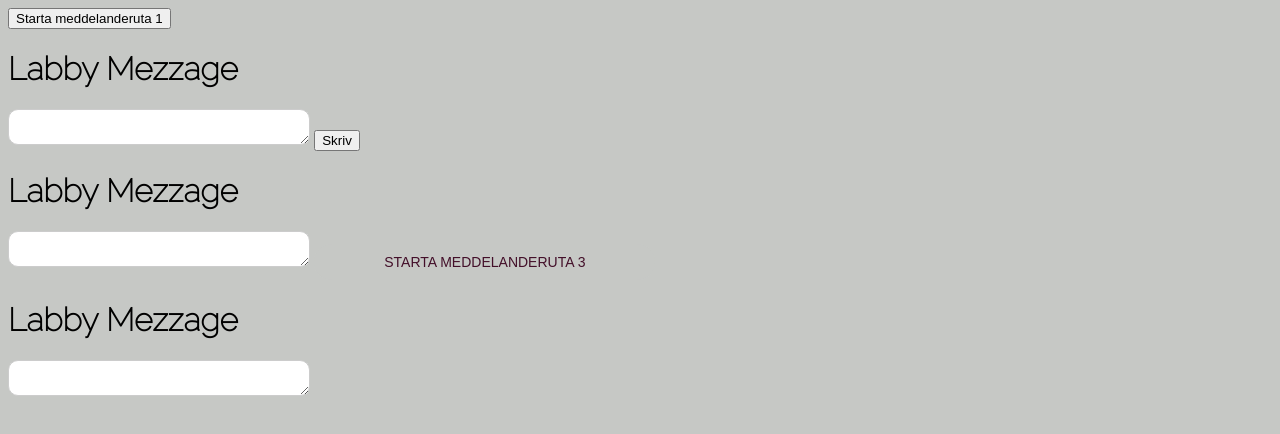
Repository: Angamanga/1dv403-laborationer
Page: 2-labbymezzage/index.html
The author's editor kept a record of every edit. The page is drawn from the files as they stood at one moment, then again after the next edit.
The browser window is 1280 px wide. The pictures show the whole page.
Some web fonts or font styles are not loaded; a fallback is used.

Above is the page before.

### 2-labbymezzage/index.html
<!doctype html>
<html lang="sv">

<head>
    <meta charset="utf-8" />
    <title>Labby mezzage</title>
    <link href='//fonts.googleapis.com/css?family=Londrina+Outline|Raleway:100' rel='stylesheet' type='text/css'>
    <link rel="stylesheet" media="screen and (min-width:501px)" href="css/style.css">
    <link rel="stylesheet" media="screen and (max-width:500px)" href="css/mobile.css">
    <meta name="viewport" content="width=device-width, minimum-scale=1">

    <script src="js/message.js"></script>
    <script src="js/script.js"></script>
    <title>Webbteknik 1, Laboration 2</title>
</head>

<body>



    <main>
                  <input id="start" type="submit" class="startBoard1" value="Starta meddelanderuta 1" />
            <div class="board1">
            <header>
                <h1>Labby Mezzage</h1>
            </header>
            <div class="container"></div>
            <p class="counter"></p>
            <textarea class="messageInput"></textarea>
            <input type="submit" class="submitMessage1" value="Skriv" />
        </div>
        <div class="board2">
            <header>
                <h1>Labby Mezzage</h1>
            </header>
            <div class="container"></div>
            <p class="counter"></p>
            <textarea class="messageInput"></textarea>
            <input type="submit" class="submitMessage" value="Starta meddelanderuta 3" />
        </div>
        <div class="board3">
            <header>
                <h1>Labby Mezzage</h1>
            </header>
            <div class="container"></div>
            <p class="counter"></p>
            <textarea class="messageInput"></textarea>
            <input type="submit" class="submitMessage" value="Starta meddelanderuta 4 />

        </div>

    </main>

    <footer>
    </footer>
    </div>
</body>

</html>

### 2-labbymezzage/css/style.css
/*@media screen and (min-width: 501px)*/
body {
    background: #C6C8C5;
    color: black;
    font-family: 'Raleway', sans-serif;
}

.board {
    width: 300px;
    margin: 0 auto;
    text-align: center;
     margin: 0 auto;
    background: #787878;
    border: 1px solid #ccc;
    -moz-border-radius: 10px;
    -webkit-border-radius: 10px;
    border-radius: 10px;
    padding: 4px 7px;
    outline: 0;
    -webkit-appearance: none;
}
.board h1{
   font-family: 'Londrina Outline', cursive;
}

.messageInput {
    width:290px;
    border: 1px solid #ccc;
    -moz-border-radius: 10px;
    -webkit-border-radius: 10px;
    border-radius: 10px;
    outline: 0;
    padding-left:5px;
    padding-right:5px;
    -webkit-appearance: none;
}
.messageInput:focus {
    border-color: #430F29;
}
.messages{
    position:relative;
    width:290px;
    min-height:30px;
     border: 1px #C6C8C5;
     background:white;
    -moz-border-radius: 10px;
    -webkit-border-radius: 10px;
    border-radius: 10px;
    margin:3px;
    outline: 0;
    -webkit-appearance: none;
    font-size:0.6em;
       }

.text {
text-align:left;
padding:0 30px 0 6px;
margin:0 4px 0 4px;
}
.time{
text-align:right;
padding:0 6px 6px 0;

}

.showDate{
    position:absolute;
    right:6px;
    top:6px;

}

.submitDelete{
position:absolute;
    right:20px;
    top:6px;

}
.counter{
    font-size:0.7em;
    padding:0;
    margin:0 0 0 185px;

}
.submitMessage{
background:#C6C8C5;
color:#430F29;
text-shadow:none;
border-radius:200px;
font-size:14px;
padding:10px 70px;
text-transform:uppercase;
border:0;
box-shadow: none;
text-shadow:none;

}
.submitMessage:hover{
    background:#4F504F;
}

### 2-labbymezzage/js/message.js
"use strict";

function Message(message, date){

	this.getText = function(){
		return message;
	}
	this.setText = function(_text){
		message = _text;
	}

	this.getDate = function(){
		return date;
	}
	this.setDate = function(_date){
		date = _date
	}
}

Message.prototype.toString = function() {
	return this.getText() + " (" + this.getDate() + " )";
};

Message.prototype.getHTMLtext = function() {
			return this.getText().replace(/\n/g, " <br> ");
};

### 2-labbymezzage/js/script.js
"use strict";

window.onload = function() {
      //variabler som ska anvandas av flera funktioner
    var p = document.querySelector(".counter");
    var messageInput = document.querySelector(".messageInput");
    var submitMessage = document.querySelector(".submitMessage");
    var messages = document.querySelector(".messages");

    var MessageBoard = {
        messages: [],
        init: function() {
            var message = new Message();
            },
        removeMessage: function(i){
        MessageBoard.messages.splice(i,1);
            },
          renderMessage: function(messageID){
            //skapar div for ett meddelande med classname "messContainer"
            var container = document.querySelector(".container");
            var messContainer = document.createElement("div");
            messContainer.className = "messages";
            container.appendChild(messContainer);
            //skapar en p-tagg som ska innahalla texten
            var textP = document.createElement("p");
            textP.setAttribute("class","text");
            messContainer.appendChild(textP);
            textP.innerHTML = MessageBoard.messages[messageID].getHTMLtext();
            //skapar en p-tagg som ska innehalla tiden
            var timeP = document.createElement("p");
            timeP.setAttribute("class","time");
            messContainer.appendChild(timeP);
            timeP.innerHTML = MessageBoard.messages[messageID].getDate().toLocaleTimeString();
            //Skapar en lank och lagger till en bild som ska visa datum som en alertbox da man klickar pa bilden
            var linkTime=document.createElement("a");
            linkTime.setAttribute("src", "#");
            var img1 = document.createElement("img");
            img1.setAttribute("class","showDate");
            img1.setAttribute("src","pics/14.png");
            img1.setAttribute("alt","visa tid");
            messContainer.appendChild(linkTime);
            linkTime.appendChild(img1);
            var alertTime=MessageBoard.messages[messageID].getDate();
            img1.onclick = function(){
            alert("Inlagget skapades den: " + alertTime);
              };
            //gor en lank och lagger till en bild som ska radera meddelandet om man klickar pa bilden
            var linkDelete=document.createElement("a");
            linkDelete.setAttribute("src", "#");
            var img2 = document.createElement("img");
            img2.setAttribute("class","submitDelete");
            img2.setAttribute("src","pics/12.png");
            img2.setAttribute("alt","radera meddelande");
            messContainer.appendChild(linkDelete);
            linkDelete.appendChild(img2);
            //funktion som raderar meddelande
            img2.onclick = function(messageID){
               var a=window.confirm("VIll du verkligen radera meddelandet?");
                    if(a===true){
                MessageBoard.removeMessage(messageID);
                MessageBoard.renderMessages();
                p.innerHTML = "Antal meddelanden: " + MessageBoard.messages.length;
                    }
                };
            },
             renderMessages: function(){
                document.querySelector(".container").innerHTML="";
                for(var i=0;i<MessageBoard.messages.length;++i){
                    MessageBoard.renderMessage(i);
                }
            }
        };

    //funktion som skapar ett meddelande fran den inmatade texten samt haller reda pa hur manga meddelanden som skrivits
function submit(){
        var txt = messageInput.value;
        var dte = new Date();
        var msg = new Message(txt, dte);
        MessageBoard.messages.push(msg);
        p.innerHTML = "Antal meddelanden: " + MessageBoard.messages.length;
        MessageBoard.renderMessages();
        messageInput.value="";

}

//skapar ett meddelande da anvandaren trycker pa skriv
  submitMessage.addEventListener("click", function(e) {
       submit();
      });
//skapar ett meddelande da anvandaren trycker enter och radbrytning da anvandaren trycker shift-enter
 messageInput.onkeypress = function(e, messageID){
       if(e.keyCode == 13 && !e.shiftKey){
         submit();
       }
};
};

### 2-labbymezzage/css/mobile.css
/*@media screen and (max-width: 500px)*/
/*@media screen and (min-width: 501px)*/
body {
    background: #C6C8C5;
    color: black;
    font-family: 'Raleway', sans-serif;
}

.board {
    width: 300px;
    margin: 0 auto;
    text-align: center;
    line-height: 1.8em;
    margin: 0 auto;
    background: #787878;
    border: 1px solid #ccc;
    -moz-border-radius: 10px;
    -webkit-border-radius: 10px;
    border-radius: 10px;
    padding: 4px 7px;
    outline: 0;
    -webkit-appearance: none;
}
.board h1{
   font-family: 'Londrina Outline', cursive;
}

.messageInput {
    width:290px;
    border: 1px solid #ccc;
    -moz-border-radius: 10px;
    -webkit-border-radius: 10px;
    border-radius: 10px;
     outline: 0;
    -webkit-appearance: none;
}
.messageInput:focus {
    border-color: #430F29;
}
.messages{
    width:290px;
     border: 1px #C6C8C5;
     background:white;
    -moz-border-radius: 10px;
    -webkit-border-radius: 10px;
    border-radius: 10px;
    margin:3px;
    outline: 0;
    -webkit-appearance: none;
    font-size:0.9em;
       }

.text {
float:left;
padding:0 4px 0 4px;
margin:0 4px 0 4px;
}
.time{
    float:right;
   padding:0 4px 0 4px;
margin:0 4px 0 4px;
}
a{

    display:inline-block;
}

.counter{
    font-size:0.7em;
    padding:0;
    margin:0 0 0 185px;

}
.submitMessage, submit{
background:#C6C8C5;
color:#430F29;
text-shadow:none;
border-radius:200px;
font-size:14px;
padding:10px 70px;
text-transform:uppercase;
border:0;
box-shadow: none;
text-shadow:none;

}

After the next edit:
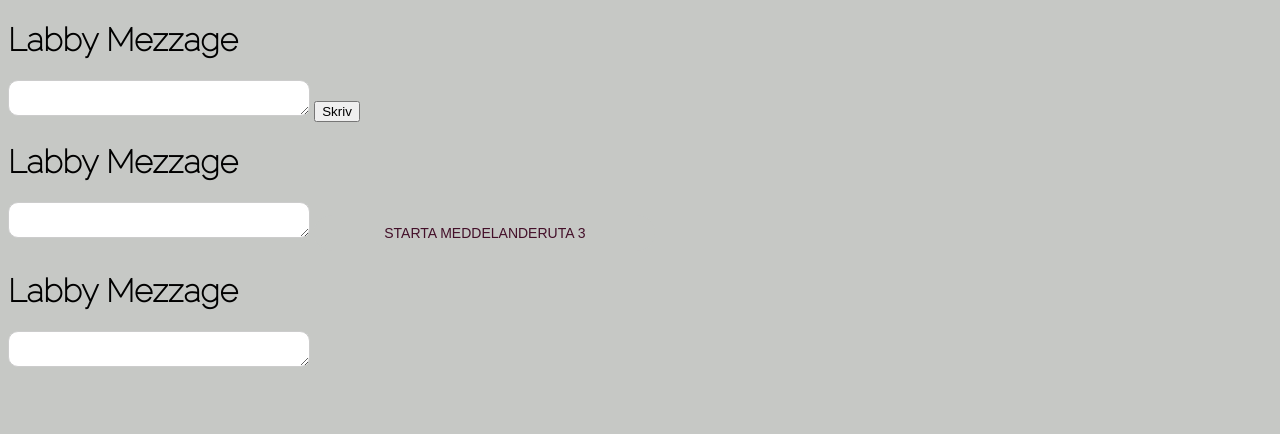
The edit:
--- a/2-labbymezzage/index.html
+++ b/2-labbymezzage/index.html
@@ -19,7 +19,6 @@
 
 
     <main>
-                  <input id="start" type="submit" class="startBoard1" value="Starta meddelanderuta 1" />
             <div class="board1">
             <header>
                 <h1>Labby Mezzage</h1>
